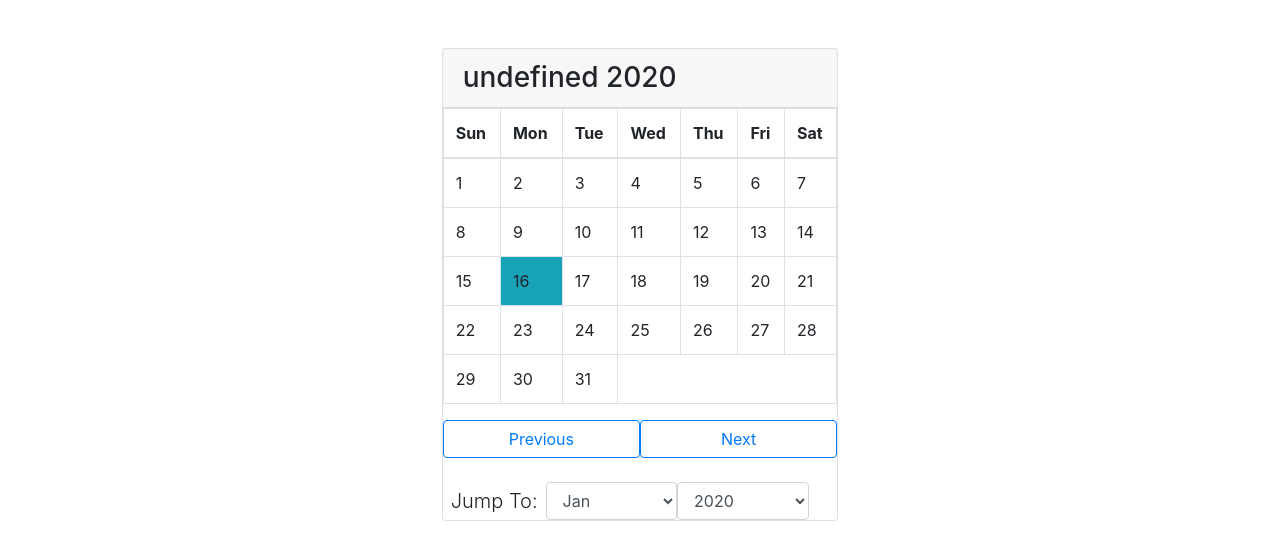
Repository: kkyler24/DayPlanner
Page: Index.html
An editor plug-in stored every save of this project. The page is shown before and after the next save, followed by the edit.
The browser window is 1280 px wide. The pictures show the whole page.
Some web libraries are served in a nearby version.

Above is the page before, as saved 2020-03-24 23:34:16.

After the next save:
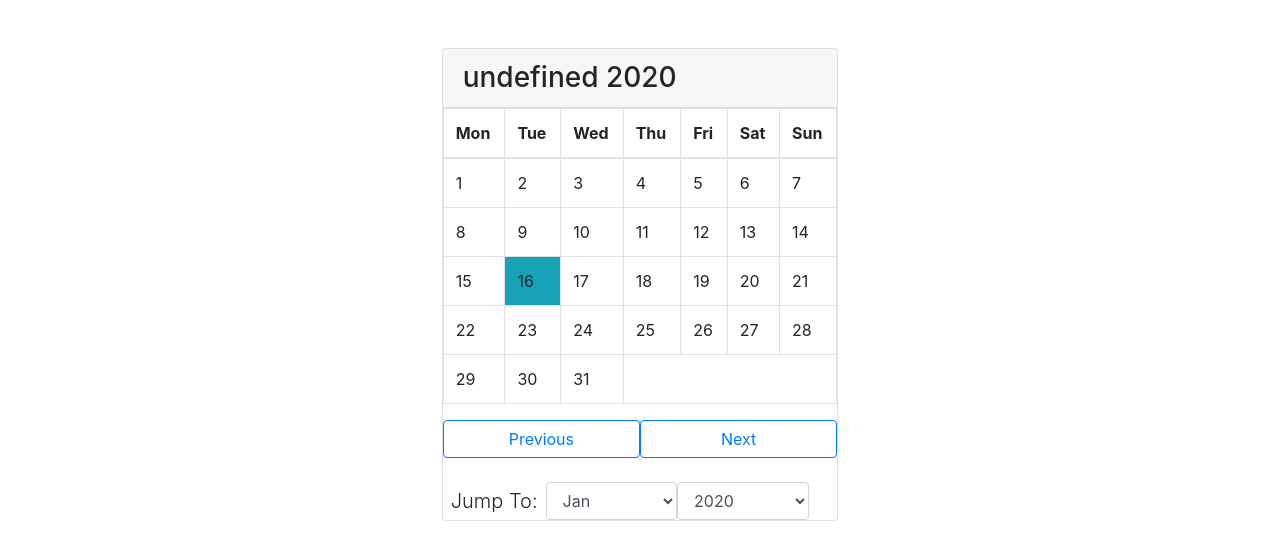
Saved 13 h 24 min later.
--- a/Index.html
+++ b/Index.html
@@ -17,13 +17,13 @@
             <table class="table table-bordered table-responsive-sm" id="calendar">
                 <thead>
                 <tr>
-                    <th>Sun</th>
                     <th>Mon</th>
                     <th>Tue</th>
                     <th>Wed</th>
                     <th>Thu</th>
                     <th>Fri</th>
                     <th>Sat</th>
+                    <th>Sun</th>
                 </tr>
                 </thead>
 
